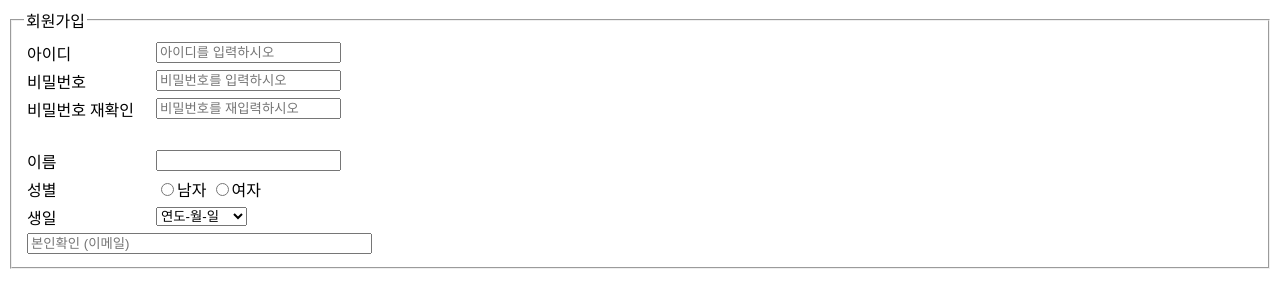
Repository: Scoobi-wisdoom/web
Page: d011/web/register.html
The author's editor kept a copy of each file at every save. The page is drawn from the files as they stood at one save, then again after the next save.
The browser window is 1280 px wide. The pictures show the whole page.

Above is the page before, as saved 2020-08-05 08:42:46.

### d011/web/register.html
<!DOCTYPE html>
<html>
<head>
<meta charset="EUC-KR">
<title>회원 가입</title>
</head>
<body>
<form action="register" method="GET">
	<fieldset>
		<legend>회원가입</legend>
		<table>
			<tr>
				<td>
					아이디
				</td>
				<td>
					<input type="text" name="id" size="20" placeholder="아이디를 입력하시오">
				</td>
			</tr>
			<tr>
				<td>
					비밀번호
				</td>
				<td>
					<input type="password" name="pwd" size="20" placeholder="비밀번호를 입력하시오">
				</td>
			</tr>
			<tr>
				<td>
					비밀번호 재확인
				</td>
				<td>
					<input type="password" name="rpwd" size="20" placeholder="비밀번호를 재입력하시오">
				</td>
			</tr>
				<td>
					<br>
				</td>
			<tr>
			</tr>
			<tr>
				<td>
					이름
				</td>
				<td>
					<input type="text" name="name">
				</td>
			</tr>
			<tr>
				<td>
					성별
				</td>
				<td>
					<input type="radio" name="r1" value="man">남자
					<input type="radio" name="r1" value="woman">여자
				</td>
			</tr>
			<tr>
				<td>
					생일
				</td>
				<td>
					<select name="ss">
						<option value="" disabled selected>연도-월-일</option>
						<option value="1990-01-01">1990-01-01</option>
						<option value="2000-01-01">2000-01-01</option>
					</select>
			</tr>
			<tr>
				<td colspan="2">
					<input type="text" name="email" placeholder="본인확인 (이메일)" size="40">
				</td>
			</tr>


		</table>
	</fieldset>
</form>
</body>
</html>

After the next save:
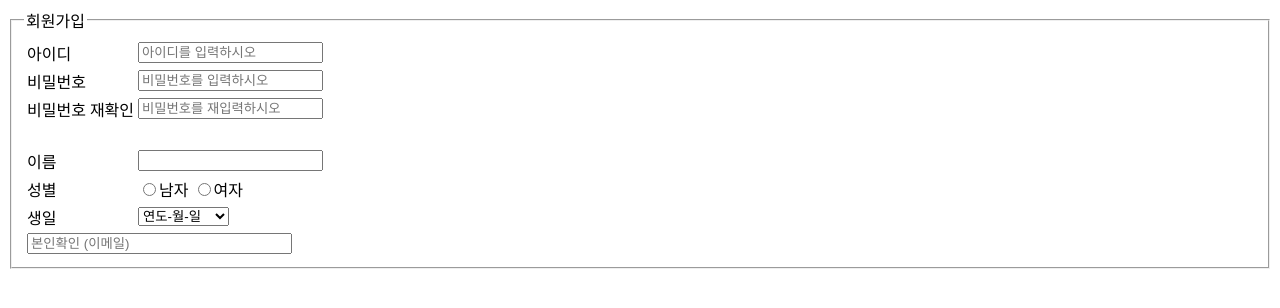
Saved 16 s later.
--- a/d011/web/register.html
+++ b/d011/web/register.html
@@ -68,7 +68,7 @@
 			</tr>
 			<tr>
 				<td colspan="2">
-					<input type="text" name="email" placeholder="본인확인 (이메일)" size="40">
+					<input type="text" name="email" placeholder="본인확인 (이메일)" size="30">
 				</td>
 			</tr>
 
